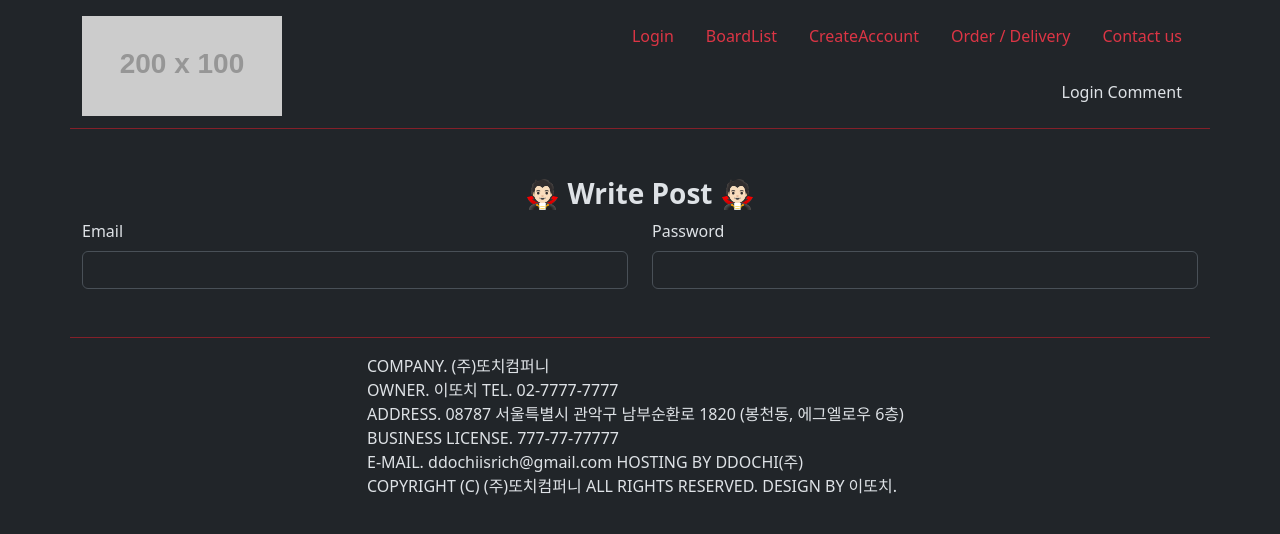
Repository: ddochiisrich/Ddochi-Web
Page: http://localhost/JSPClassCh06/writeForm
The author's editor kept a copy of each file at every save. The page is drawn from the files as they stood at one save, then again after the next save.
The browser window is 1280 px wide. The pictures show the whole page.
The page is served by Tomcat 9.

Above is the page before, as saved 2024-04-11 04:13:48.

After the next save:
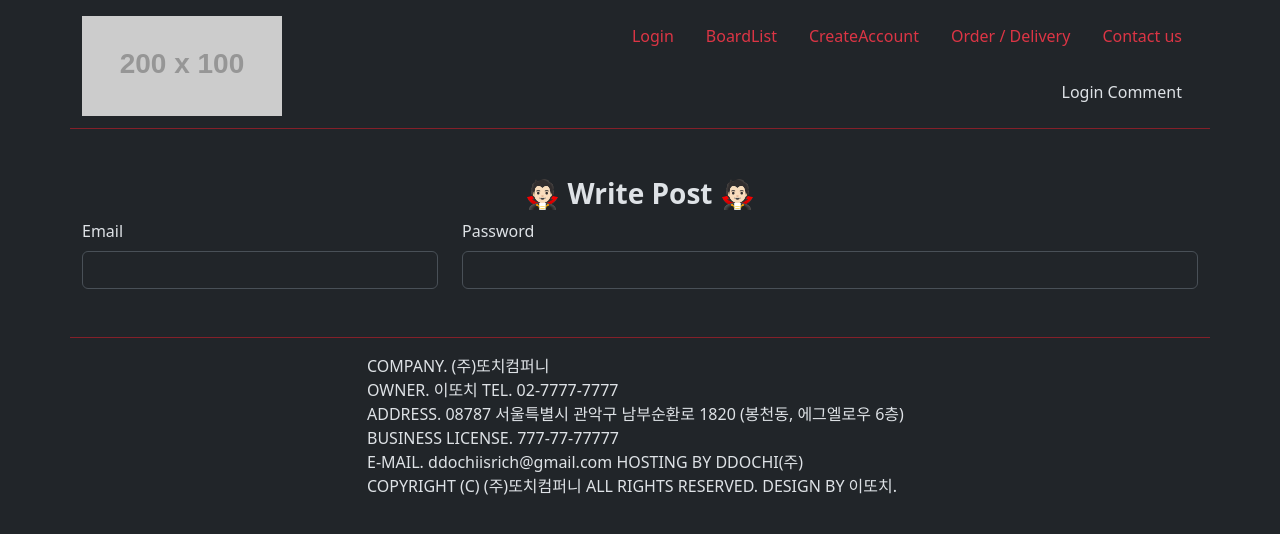
Saved 21 min 5 s later.
--- a/JSPClassCh06/src/main/webapp/WEB-INF/board/writeForm.jsp
+++ b/JSPClassCh06/src/main/webapp/WEB-INF/board/writeForm.jsp
@@ -29,13 +29,11 @@
 				</div>
 				<form name="writeForm" id="writeForm" action="writeProcess"
 					method="post" class="row border-danger">
-					<div class="col-md-6">
-						<label for="inputEmail4" class="form-label">Email</label> <input
-							type="email" class="form-control" id="inputEmail4">
+					<div class="col-md-4">
+						<label for="inputEmail4" class="form-label">Email</label> <input type="email" class="form-control" id="inputEmail4">
 					</div>
-					<div class="col-md-6">
-						<label for="inputPassword4" class="form-label">Password</label> <input
-							type="password" class="form-control" id="inputPassword4">
+					<div class="col-md-8">
+						<label for="inputPassword4" class="form-label">Password</label> <input type="password" class="form-control" id="inputPassword4">
 					</div>
 				</form>
 
